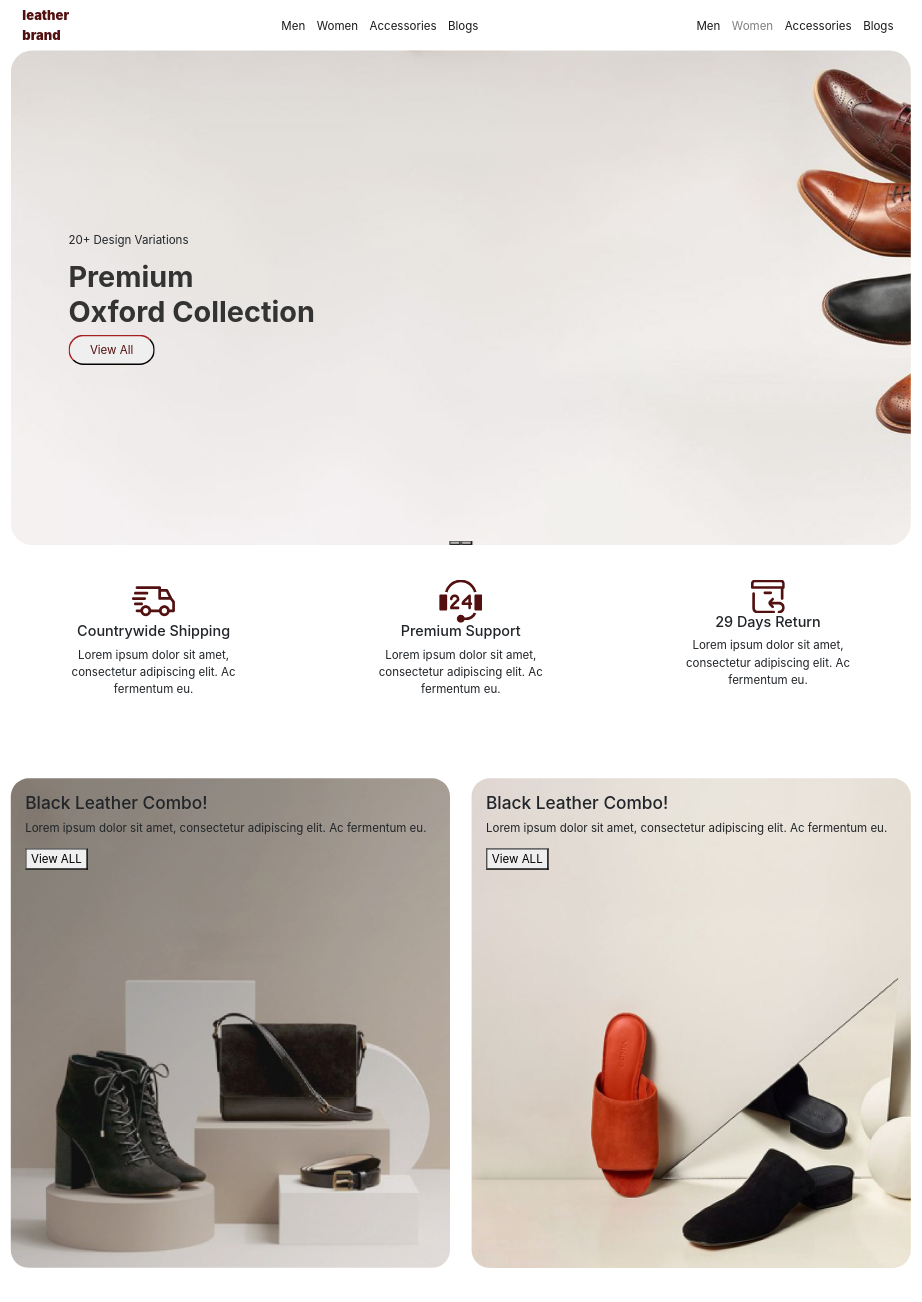
Repository: arif286/fashion-house
Page: /
An editor plug-in stored every save of this project. The page is shown before and after the next save, followed by the edit.
The browser window is 1280 px wide. The pictures show the whole page, at 72% of full size.
The project was rebuilt for these pictures with package versions that can differ from the ones it lists, and the page was loaded fresh each time. The framework's server and built-in components were replaced by stand-ins that run in the browser. Also part of the build but not shown: nuxt.config.js, components/Contact.vue, components/DisplayCollection.vue, components/Footer.vue, components/NuxtLogo.vue, components/Products.vue, components/Tutorial.vue.

Above is the page before, as saved 2021-07-12 05:19:01.

After the next save:
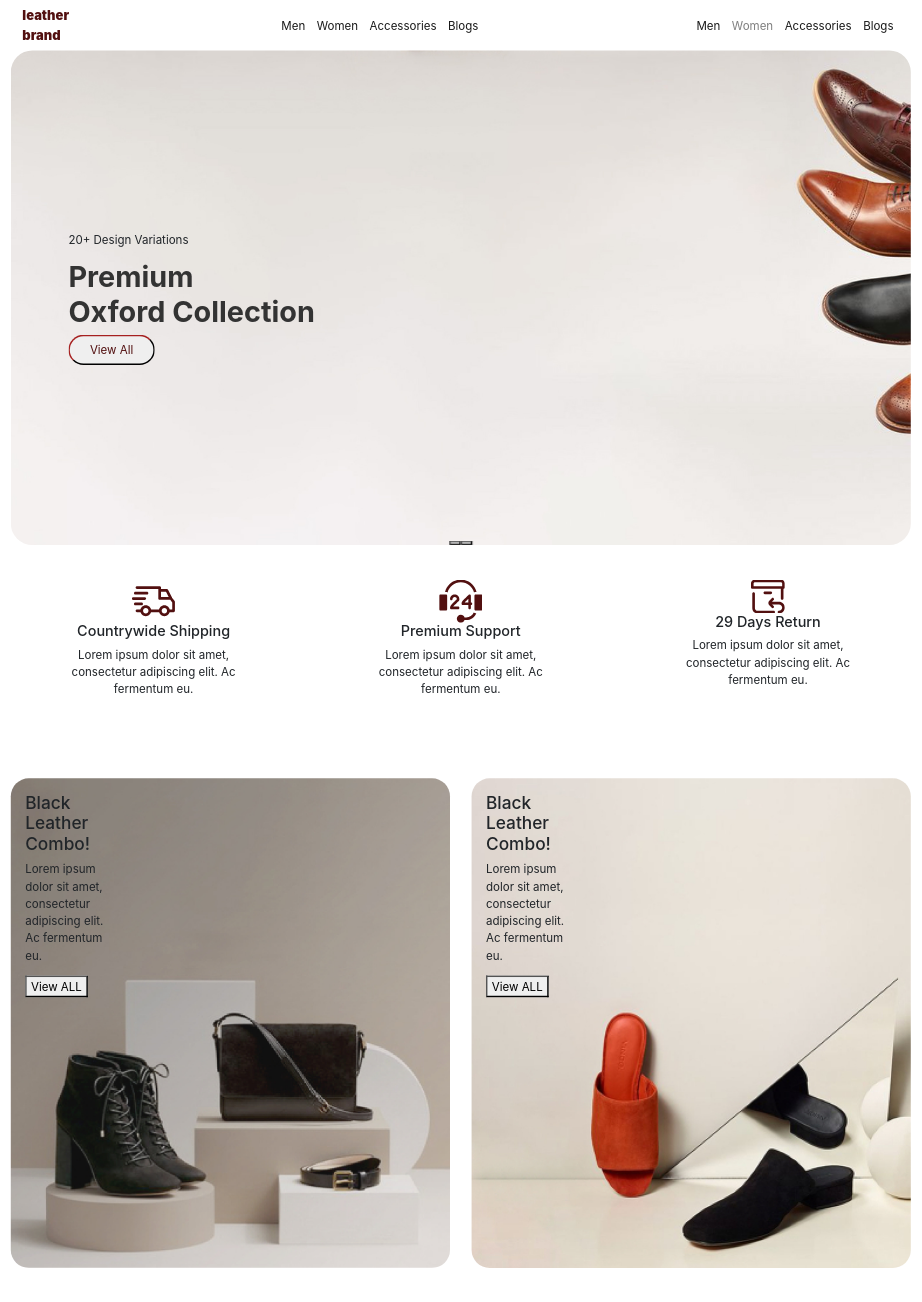
Saved 70 s later.
--- a/components/NewCollection.vue
+++ b/components/NewCollection.vue
@@ -40,7 +40,7 @@ export default {
   height: 680px;
   border-radius: 25px;
 }
-.card-content.card-body {
+.card-body {
   width: 150px;
 }
 </style>
